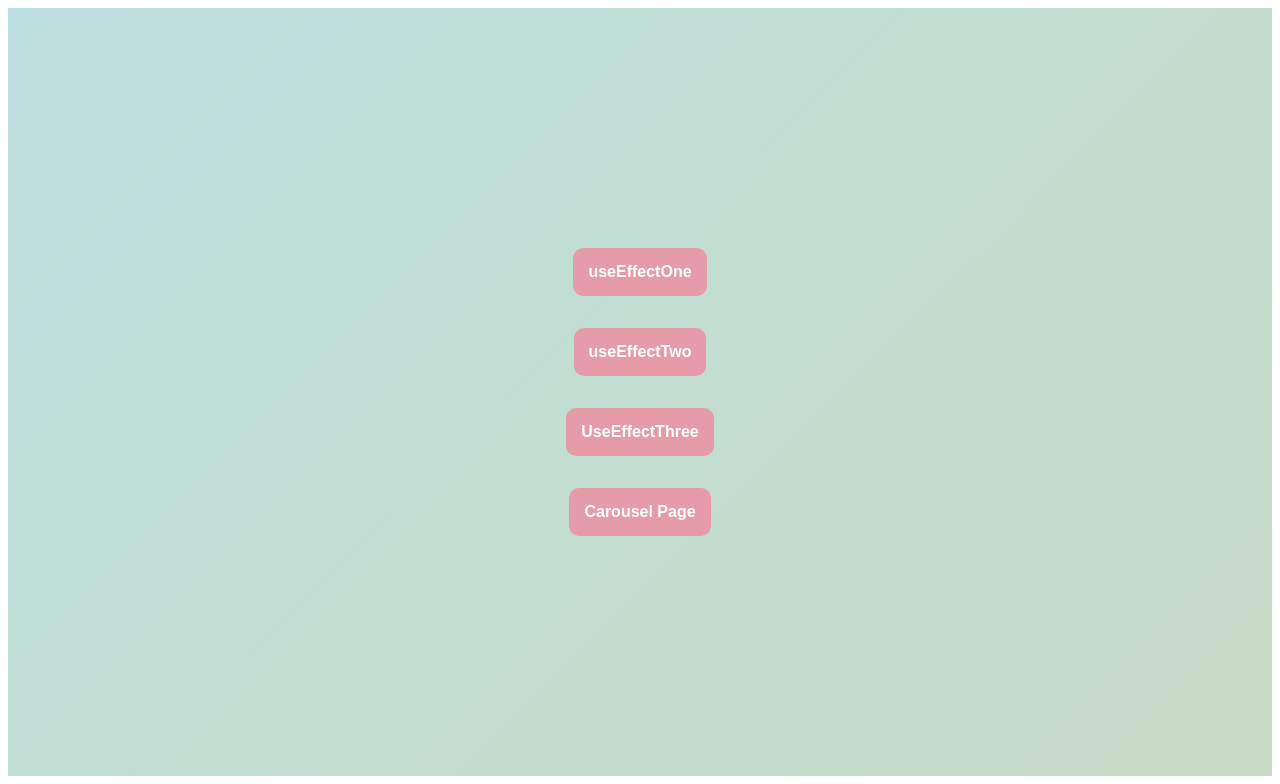
Repository: jjennbui/class8
Page: /
These files come from the project's save history. The page is drawn as it stood at one moment and after the next save; the edit follows.
The browser window is 1280 px wide. The pictures show the whole page.
The project was rebuilt for these pictures with package versions that can differ from the ones it lists, and the page was loaded fresh each time. The framework's server and built-in components were replaced by stand-ins that run in the browser. Also part of the build but not shown: next.config.js.

Above is the page before, as saved 2023-02-20 17:45:56.

### pages/index.js
import Head from 'next/head'
import styles from '@/styles/Home.module.css'
import Link from 'next/link'


export default function Home() {
  return (
    <>
      <Head>
        <title>Create Next App</title>
        <meta name="description" content="Generated by create next app" />
        <meta name="viewport" content="width=device-width, initial-scale=1" />
        <link rel="icon" href="/favicon.ico" />
      </Head>

      <main className={styles.main}>
        <Link href="/useEffectOne" className={styles.text}>useEffectOne</Link>
        <Link href="/useEffectTwo" className={styles.text}>useEffectTwo</Link>
        <Link href="/useEffectThree" className={styles.text}>UseEffectThree</Link>
        <Link href="/carouselPage" className={styles.text}>Carousel Page</Link>
      </main>
    </>
  )
}

### styles/globals.css
:root {

}

### styles/Home.module.css
.main {

  display: flex;
  flex-direction: column;
  justify-content: space-between;
  align-items: center;
  padding: 15rem;
  min-height: 40vh;
  background: linear-gradient(-45deg, #d7d3a7, #b7e2e8, #ce96d7);
  background-size: 500% 500%;
  animation: gradient-bg 20s ease infinite;


}

@keyframes gradient-bg {
  0% {
    background-position: 0% 50%;
  }
  50% {
    background-position: 100% 50%;
  }
  100% {
    background-position: 0% 50%;
  }
  }

.text{
  color: white;
  text-decoration: none;
  font-family: Arial, Helvetica, sans-serif;
  font-weight: bold;
  background-color: rgb(230, 155, 168);
  padding: 15px;
  border-radius: 10px;

}

Loaded but not shown: pages/_app.js (common file); pages/_document.js (common file)

After the next save:
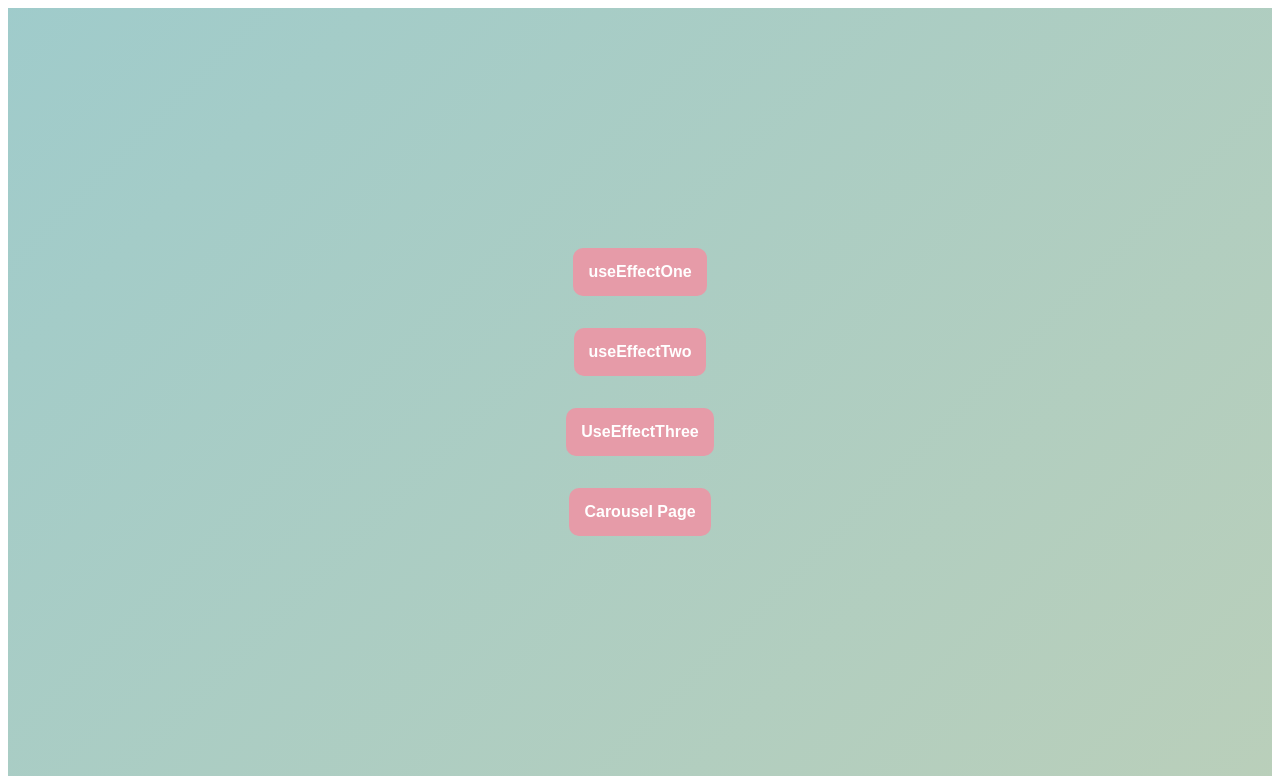
Saved 4 s later.
--- a/styles/Home.module.css
+++ b/styles/Home.module.css
@@ -6,7 +6,7 @@
   align-items: center;
   padding: 15rem;
   min-height: 40vh;
-  background: linear-gradient(-45deg, #d7d3a7, #b7e2e8, #ce96d7);
+  background: linear-gradient(-45deg, #d7d3a7, #96cad1, #ce96d7);
   background-size: 500% 500%;
   animation: gradient-bg 20s ease infinite;
 
